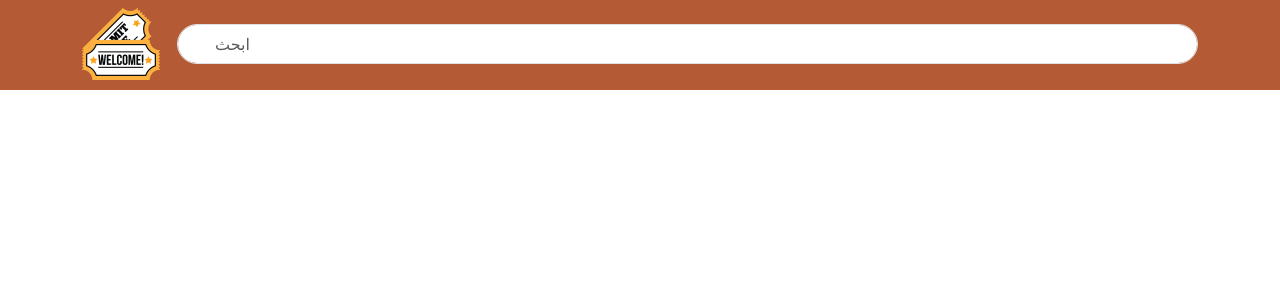
Repository: kerlos-alfy/Movie-List
Page: /
The author's editor kept a copy of each file at every save. The page is drawn from the files as they stood at one save, then again after the next save.
The browser window is 1280 px wide. The pictures show the whole page.
The project was rebuilt for these pictures with package versions that can differ from the ones it lists, and the page was loaded fresh each time. Also part of the build but not shown: vite.config.js, src/App.css.

Above is the page before, as saved 2025-01-14 06:46:09.

### index.html
<!DOCTYPE html>
<html lang="en">
	<head>
		<meta charset="UTF-8" />
		<link rel="icon" type="image/svg+xml" href="https://www.svgrepo.com/show/289436/movies-clapperboard.svg" />
		<link
  rel="stylesheet"
  href="https://cdn.jsdelivr.net/npm/bootstrap@5.3.3/dist/css/bootstrap.min.css"
  integrity="sha384-QWTKZyjpPEjISv5WaRU9OFeRpok6YctnYmDr5pNlyT2bRjXh0JMhjY6hW+ALEwIH"
  crossorigin="anonymous"
/>
		<meta name="viewport" content="width=device-width, initial-scale=1.0" />
		<title>Movies List</title>
	</head>
	<body>
		<div id="root"></div>
		<script type="module" src="/src/main.jsx"></script>
	</body>
</html>

### src/index.css
body {
	margin: 0;
}
.color-body {
	background-color: white;
	height: 100vh;
}
.nav-style {
	height: 90px;
	width: 1440px;
	background-color: #b45b35;
}

.logo {
	height: 72px;
	width: 78px;
}

.search {
	position: relative;
}

.search input {
	height: 40px;
	text-indent: 25px;
	border-radius: 20px;
}

.search input:focus {
	box-shadow: none;
	border: 2px solid red;
}
.search .fa-search {
	position: absolute;
	top: 12px;
	left: 16px;
}

.card {
	position: relative;
	transition: all 0.5s ease-in;
	cursor: pointer;
	height: 375px;
}

.card__image {
	display: block;
	width: 100%;
	height: 100%;
	border-radius: 5px;
}

.card__overlay {
	position: absolute;
	top: 0;
	bottom: 0;
	left: 0;
	right: 0;
	height: 100%;
	width: 100%;
	opacity: 0;
	visibility: none;
	transition: 0.5s ease;
	background-color: #393839;
}

.card:hover .card__overlay {
	opacity: 0.8;
}

.overlay__text {
	color: white;
	font-size: 16px;
	font-weight: bold;
	position: absolute;
	top: 50%;
	left: 50%;
	-webkit-transform: translate(-50%, -50%);
	-ms-transform: translate(-50%, -50%);
	transform: translate(-50%, -50%);
}

.font {
	font-family: "Almarai", sans-serif;
	font-family: "Cairo", sans-serif;
}

.color {
	color: #b45b35;
	background-color: #b45b35;
}

.card-detalis {
	height: 370px;
	border-radius: 20px;
	background-color: #f8f8f8;
}
.card-story {
	height: 300px;
	border-radius: 20px;
	background-color: #f8f8f8;
}
.img-movie {
	height: 360px;
	padding: 10px;
	border-radius: 20px;
}

.card-text-details {
	color: #555555;
	font-family: Almarai;
	font-size: 28px;
	font-weight: bold;
	letter-spacing: 0;
	line-height: 49px;
}

.card-text-story {
	color: #555555;
	font-family: Almarai;
	font-size: 18px;
	letter-spacing: 0;
	line-height: 32px;
}
.card-text-title {
	color: #555555;
	font-family: Almarai;
	font-size: 36px;
	font-weight: bold;
	letter-spacing: 0;
	line-height: 49px;
}

### src/App.jsx
import "./App.css";
import NavBar from "./assets/components/NavBar";
function App() {
	return (
		<>
			<NavBar />
		</>
	);
}

export default App;

### src/assets/components/NavBar.jsx
import { Container, Row, Col } from "react-bootstrap";
function NavBar() {
	return (
		<div className="nav-style w-100">
			<Container>
				<Row className="pt-2 ">
					<Col xs="2" lg="1">
						<a href="/">
							<img className="logo" src="../images/logo.png" alt="dfs" />
						</a>
					</Col>
					<Col xs="10" lg="11" className=" d-flex align-items-center">
						<div className="search  w-100">
							<i className="fa fa-search"></i>
							<input type="text" className="form-control" placeholder="ابحث" />
						</div>
					</Col>
				</Row>
			</Container>
		</div>
	);
}

export default NavBar;

### src/assets/components/CardMovie.jsx
import Col from "react-bootstrap";

function CardMovie() {
	return (
		<Col xs="6" sm="6" md="4" lg="3" className="my-1">
			<div className="card">
				<img className="card__image" alt="hu" />
				<div className="card__overlay">
					<div className="overlay__text text-center w-100 p-2">
						<p>اسم الفيلم : </p>
						<p>تاريخ الاصدار:</p>
						<p>عدد المقيمين: </p>
						<p>التقييم: </p>
					</div>
				</div>
			</div>
		</Col>
	);
}

export default CardMovie;

Loaded but not shown: src/main.jsx (common file)

After the next save:
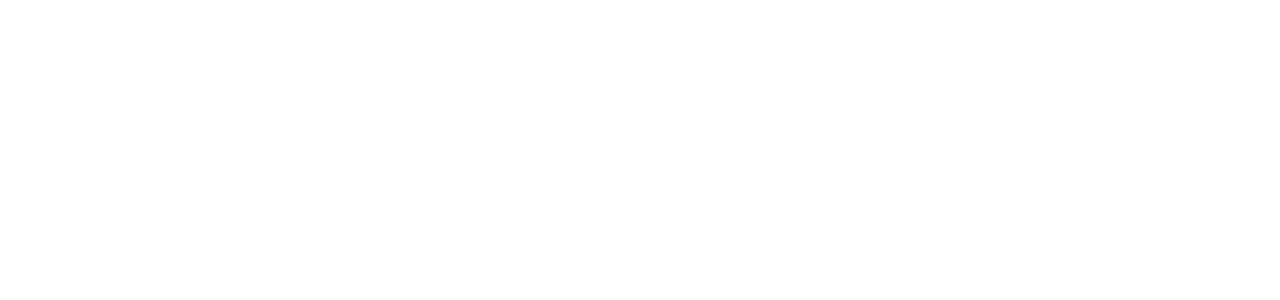
Console error (its wording comes from the project's code and is left out).
Saved 20 s later.
--- a/src/App.jsx
+++ b/src/App.jsx
@@ -1,9 +1,11 @@
 import "./App.css";
 import NavBar from "./assets/components/NavBar";
+import CardMovie from "./assets/components/CardMovie";
 function App() {
 	return (
 		<>
 			<NavBar />
+			<CardMovie />
 		</>
 	);
 }

After the save that followed:
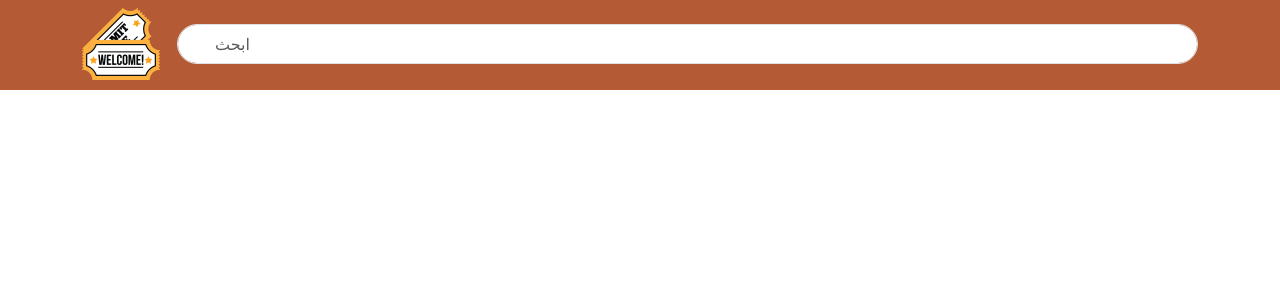
The error is gone.
Saved 39 s later.
--- a/src/App.jsx
+++ b/src/App.jsx
@@ -5,7 +5,7 @@
 	return (
 		<>
 			<NavBar />
-			<CardMovie />
+			{/* <CardMovie /> */}
 		</>
 	);
 }
